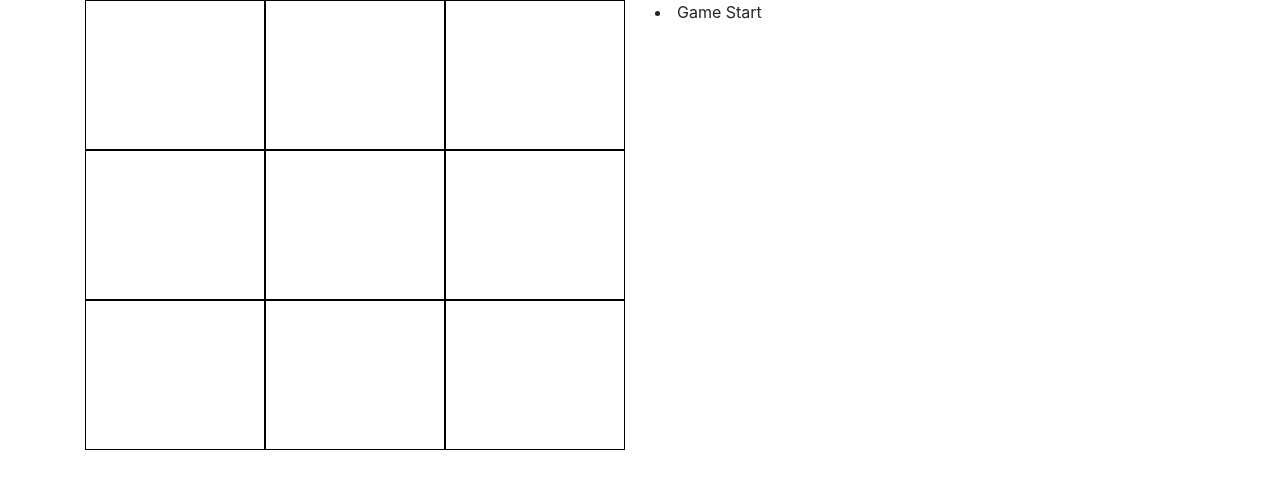
Repository: tts2610/Tic-Tac_Toe
Page: /
An editor plug-in stored every save of this project. The page is shown before and after the next save, followed by the edit.
The browser window is 1280 px wide. The pictures show the whole page.
The project was rebuilt for these pictures with package versions that can differ from the ones it lists, and the page was loaded fresh each time.

Above is the page before, as saved 2020-06-02 14:04:05.

After the next save:
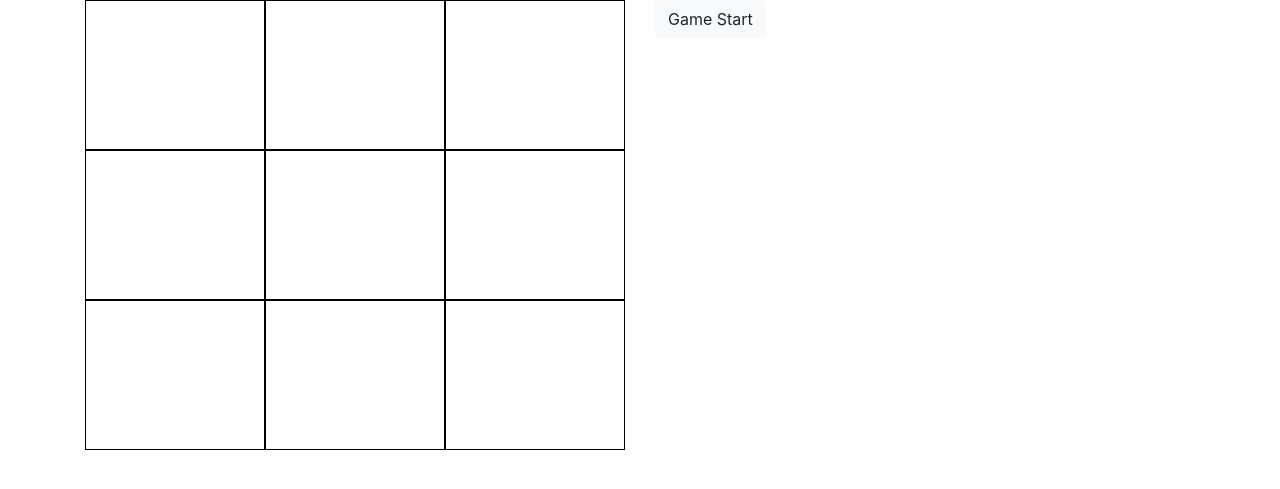
Saved 60 s later.
--- a/src/components/HistoryBoard.js
+++ b/src/components/HistoryBoard.js
@@ -5,8 +5,17 @@ export default function HistoryBoard({ history }) {
   return (
     <div>
       {keys.map((element, index) => {
-        if (index === 0) return <li key={index}>Game Start</li>;
-        return <li key={index}>element</li>;
+        if (index === 0)
+          return (
+            <button type="button" class="btn btn-light">
+              Game Start
+            </button>
+          );
+        return (
+          <button type="button" class="btn btn-light">
+            {element}
+          </button>
+        );
       })}
     </div>
   );
